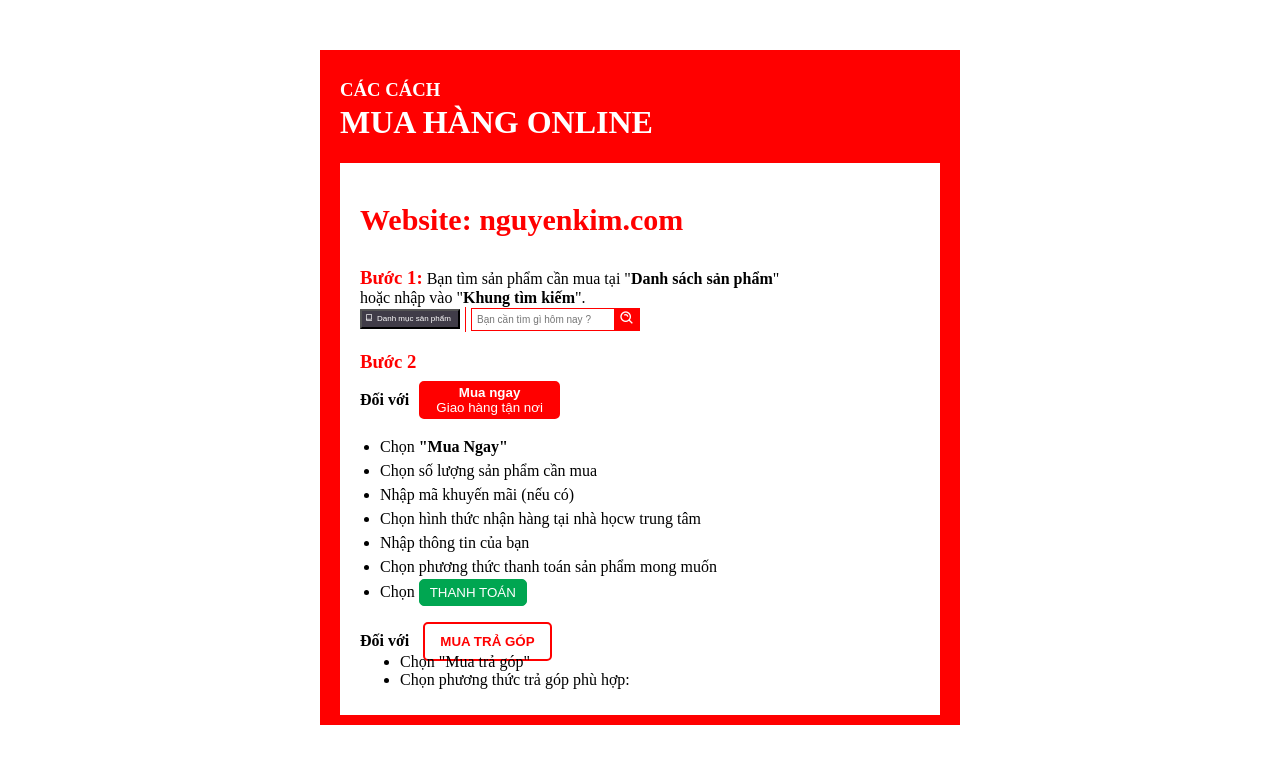
Repository: Tan-Khang21/TH_TKW--Buoi_01
Page: Buoi_01/BT_tren_lop/BT_06/main.html
These files come from the project's save history. The page is drawn as it stood at one moment and after the next save; the edit follows.
The browser window is 1280 px wide. The pictures show the whole page.

Above is the page before, as saved 2024-01-23 20:24:23.

### Buoi_01/BT_tren_lop/BT_06/main.html
<!DOCTYPE html>
<html lang="en">
  <head>
    <meta charset="UTF-8" />
    <meta name="viewport" content="width=device-width, initial-scale=1.0" />
    <title>Document</title>
    <link rel="stylesheet" href="style.css" />
    <link
      href="https://unpkg.com/boxicons@2.1.4/css/boxicons.min.css"
      rel="stylesheet"
    />
  </head>
  <body>
    <div class="cover">
      <h3 style="color: white">CÁC CÁCH</h3>
      <h1>MUA HÀNG ONLINE</h1>
      <div class="content">
        <h3 style="font-size: 30px">Website: nguyenkim.com</h3>

        <h3 style="display: inline">Bước 1:</h3>
        <span
          >Bạn tìm sản phẩm cần mua tại "<b>Danh sách sản phẩm</b>"<br />
          hoặc nhập vào "<b>Khung tìm kiếm</b>".</span
        >
        <br />
        <div class="Search_product">
          <button>
            <i class="bx bx-book-alt" style="margin-right: 4px"></i> Danh mục
            sản phẩm
          </button>
          <div class="line"></div>
          <form style="display: flex">
            <input
              class="search"
              type="text"
              placeholder="Bạn cần tìm gì hôm nay ?"
            />
            <div class="submit">
              <input
                class="submit_input"
                type="submit"
                name=""
                id="submit_input"
              />
              <label for="submit_input"
                ><i
                  class="bx bx-search-alt"
                  style="
                    position: absolute;
                    z-index: 2;
                    transform: translateX(4px) translateY(2px);
                    color: white;
                  "
                ></i
              ></label>
            </div>
          </form>
        </div>
        <h3>Bước 2</h3>
        <div class="step2">
          <b>Đối với</b>
          <button class="buy_now">
            <b>Mua ngay</b><br /><span>Giao hàng tận nơi</span>
          </button>
        </div>
        <ul class="step2_list">
          <li>Chọn <b>"Mua Ngay"</b></li>
          <li>Chọn số lượng sản phẩm cần mua</li>
          <li>Nhập mã khuyến mãi (nếu có)</li>
          <li>Chọn hình thức nhận hàng tại nhà họcw trung tâm</li>
          <li>Nhập thông tin của bạn</li>
          <li>Chọn phương thức thanh toán sản phẩm mong muốn</li>
          <li>Chọn <button class="button_green">THANH TOÁN</button></li>
        </ul>
        <b>Đối với</b>
        <button class="buy">MUA TRẢ GÓP</button>
        <ul style="margin-top: -8px;">
          <li>Chọn "Mua trả góp"</li>
          <li>Chọn phương thức trả góp phù hợp:</li>
        </ul>
      </div>
    </div>
  </body>
</html>

### Buoi_01/BT_tren_lop/BT_06/style.css
body{
    box-sizing: border-box;
}
.cover{
    width: 600px;
    margin: 50px auto;
    background-color: red;
    padding: 10px 20px;
}
h1{
    margin-top: -15px;
    color: white;
}
.content{
    background-color: white;
    padding: 10px 20px;
}
.content h3{
    color:red;
    font-weight: bold;
}
.Search_product{
    display: flex;
    align-items: center;
}
.Search_product button{
    display: flex;
    align-items:baseline;
    font-size: 8px;
    width: 100px;
    height: 20px;
    padding: 3px;
    background-color: #403c48;
    color: white;
}
.line{
    width: 1px;
    height: 25px;
    background-color: red;
    margin: 0 5px
}
.search{
    padding:5px;
    font-size: 10px;
    border: 1px solid red;
}
.submit_input{
    display: none;
}
.submit label{
    position: relative;
}
.submit label::after{
    content: "";
    width:25px;
    height: 23px;
    background-color: red;
    left: 0;
    top: 0;
    position: absolute;
}
.buy_now,.buy{
    padding:2px 15px;
    background-color: red;
    border: 2px solid red;
    border-radius: 5px;
    color: white;
    margin-left: 10px;
}
.step2{
    display: flex;
    align-items: center;
    margin-top: -10px;
}
.step2_list{
    margin-left: -20px;
    line-height: 1.5;
}
.button_green{
    color:white;
    background-color: #00a651;
    border: 1px solid #00a651;
    padding: 5px 10px;
    border-radius: 5px;
}
.buy{
    padding: 10px 15px;
    background-color: white;
    color: red;
    font-weight: bolder;
}

After the next save:
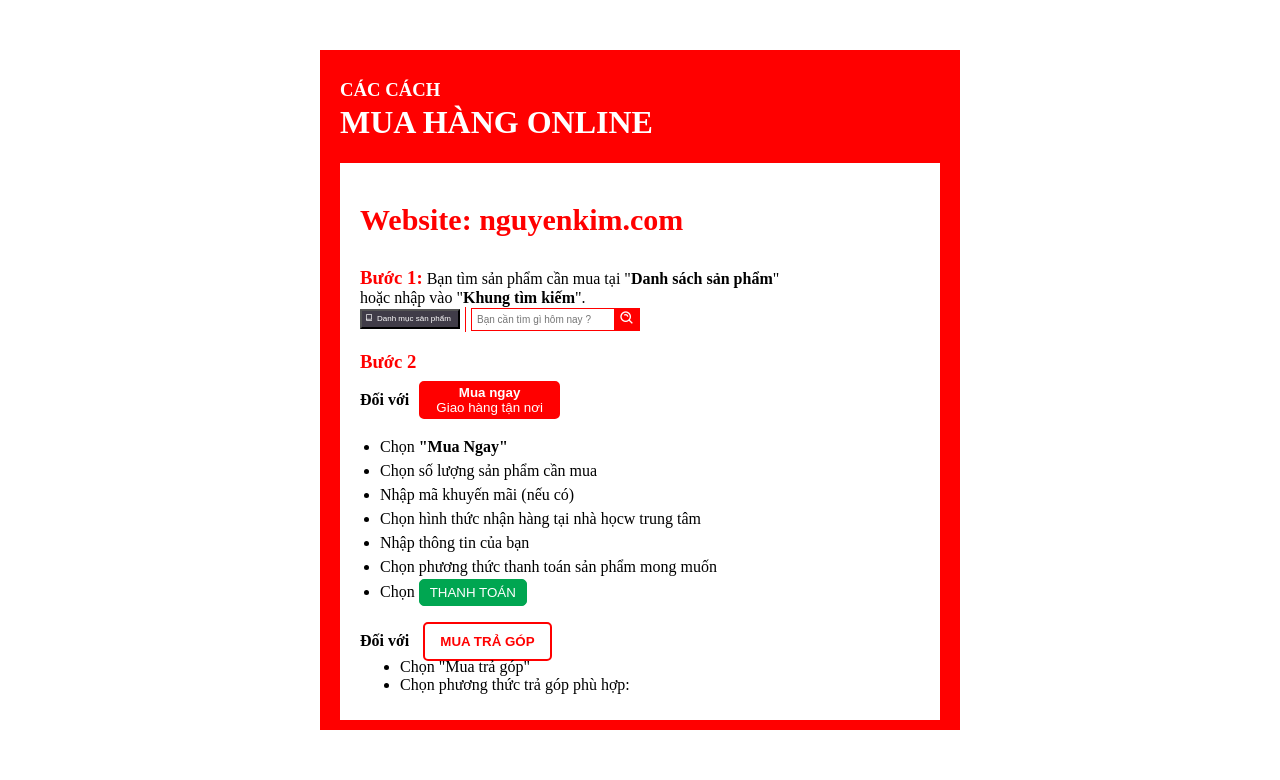
Saved 5 s later.
--- a/Buoi_01/BT_tren_lop/BT_06/main.html
+++ b/Buoi_01/BT_tren_lop/BT_06/main.html
@@ -74,7 +74,7 @@
         </ul>
         <b>Đối với</b>
         <button class="buy">MUA TRẢ GÓP</button>
-        <ul style="margin-top: -8px;">
+        <ul style="margin-top: -3px;">
           <li>Chọn "Mua trả góp"</li>
           <li>Chọn phương thức trả góp phù hợp:</li>
         </ul>
